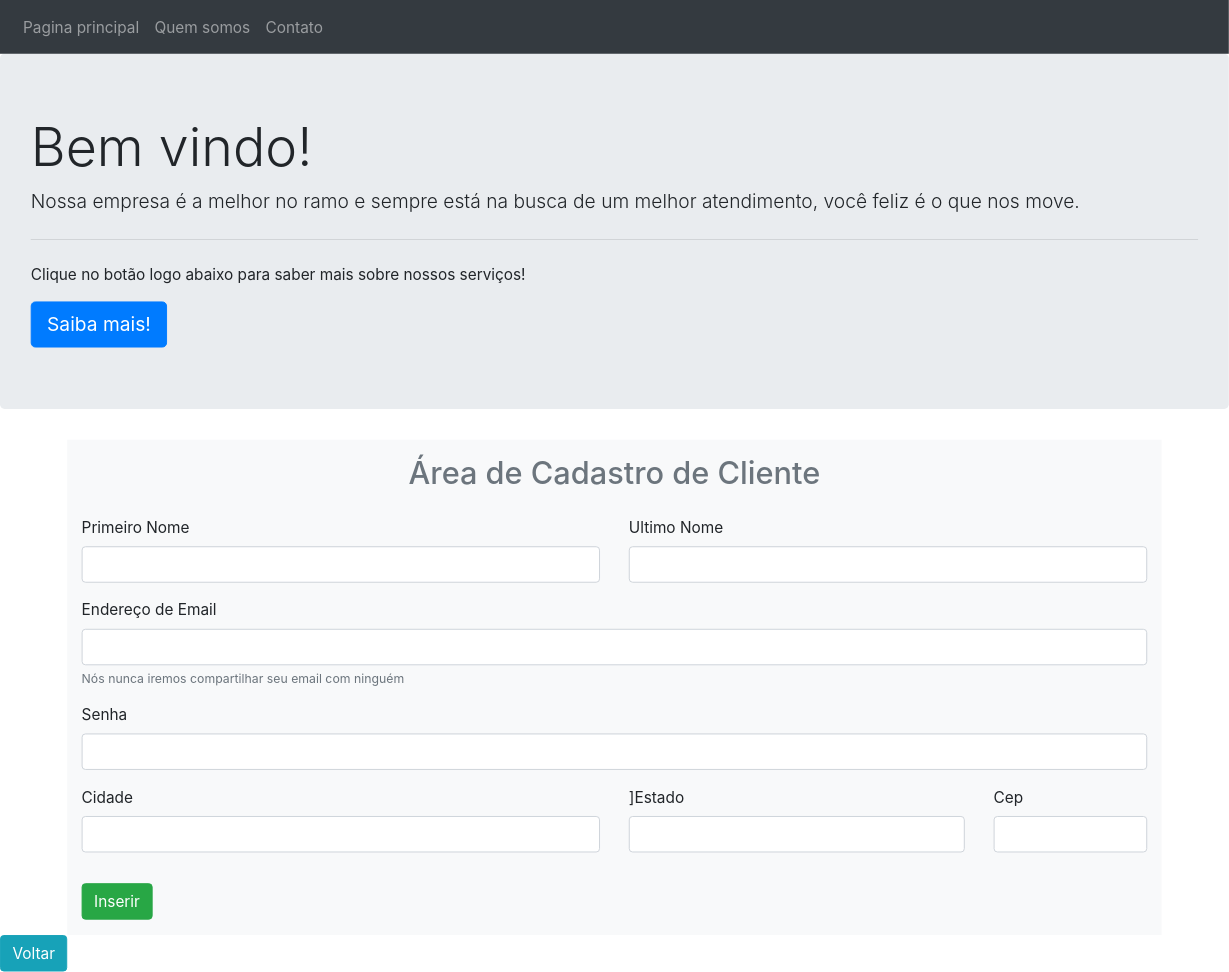
Repository: Ticapril/CRUD-JAVA
Page: http://localhost/CRUD-Java/ListarCliente.jsp
These files come from the project's save history. The page is drawn as it stood at one moment and after the next save; the edit follows.
The browser window is 1280 px wide. The pictures show the whole page, at 96% of full size.
The page is served by Tomcat 9.

Above is the page before, as saved 2020-11-24 15:47:13.

After the next save:
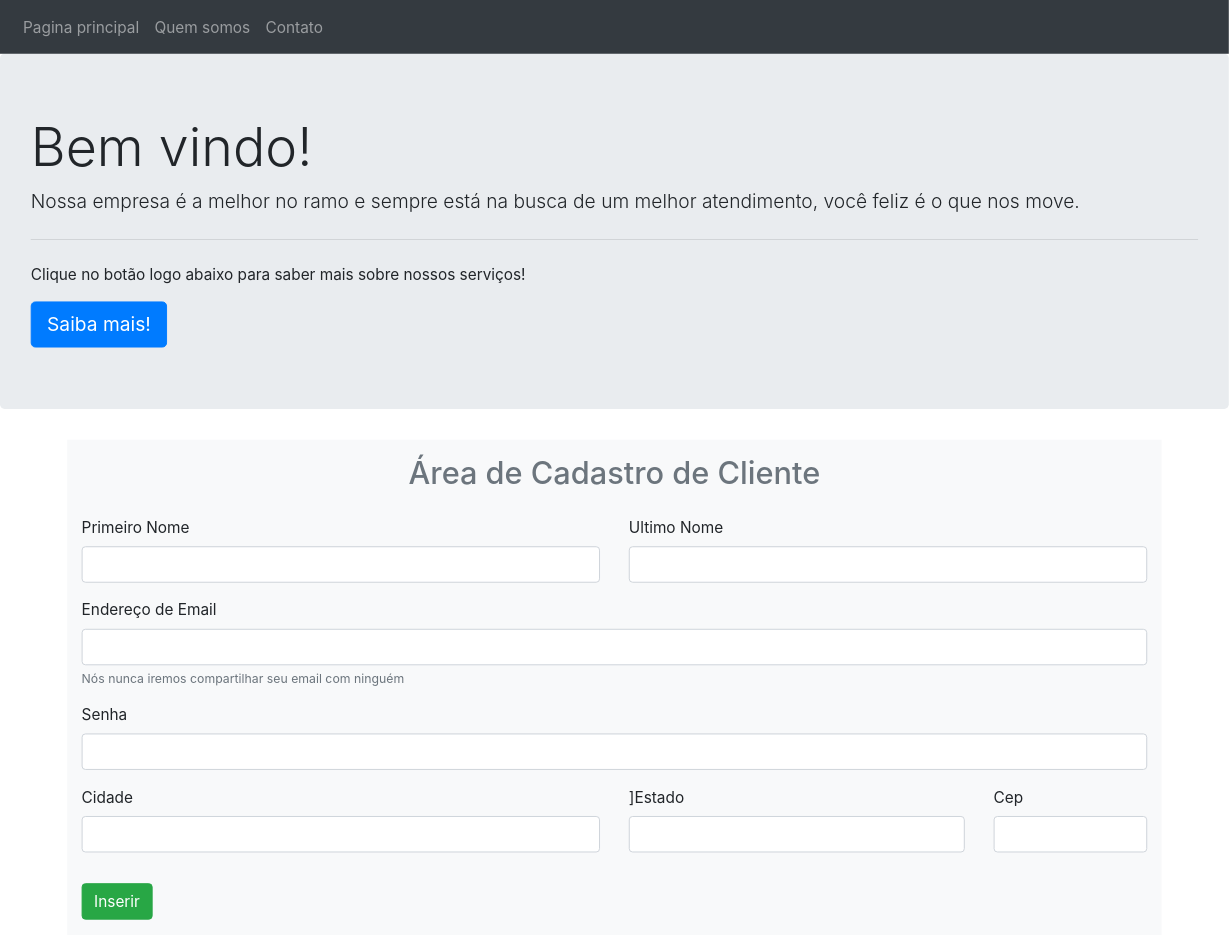
Saved 8 s later.
--- a/CRUD-Java/WebContent/ListarCliente.jsp
+++ b/CRUD-Java/WebContent/ListarCliente.jsp
@@ -96,7 +96,6 @@
 			</form>
 
 		</div>
-		<a class="btn btn-info" href="InserirCliente.jsp">Voltar</a>
 	</section>
 
 
